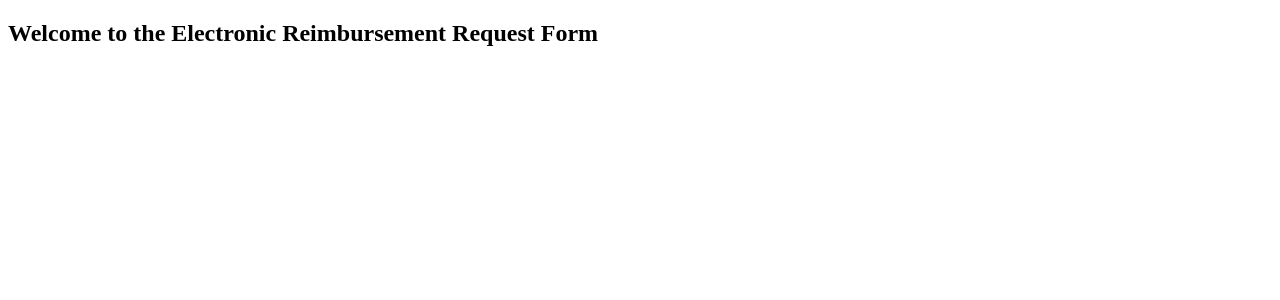
Repository: lharrill01/july_11_current_projects
Page: gres/src/main/java/gres/model/errfwelcome.html
The author's editor kept a copy of each file at every save. The page is drawn from the files as they stood at one save, then again after the next save.
The browser window is 1280 px wide. The pictures show the whole page.

Above is the page before, as saved 2019-07-07 19:02:24.

After the next save:
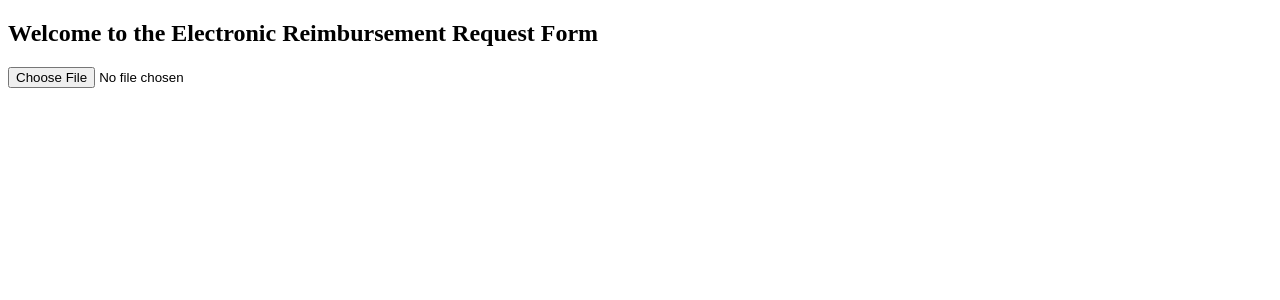
Saved 61 min 49 s later.
--- a/gres/src/main/java/gres/model/errfwelcome.html
+++ b/gres/src/main/java/gres/model/errfwelcome.html
@@ -5,6 +5,8 @@
 <title>Welcome to the Electronic Reimbursment Request Form</title>
 </head>
 <h2>Welcome to the Electronic Reimbursement Request Form</h2>
+
+<input type="file" name="reciepts" accept="image/*">
 <body>
 
 
